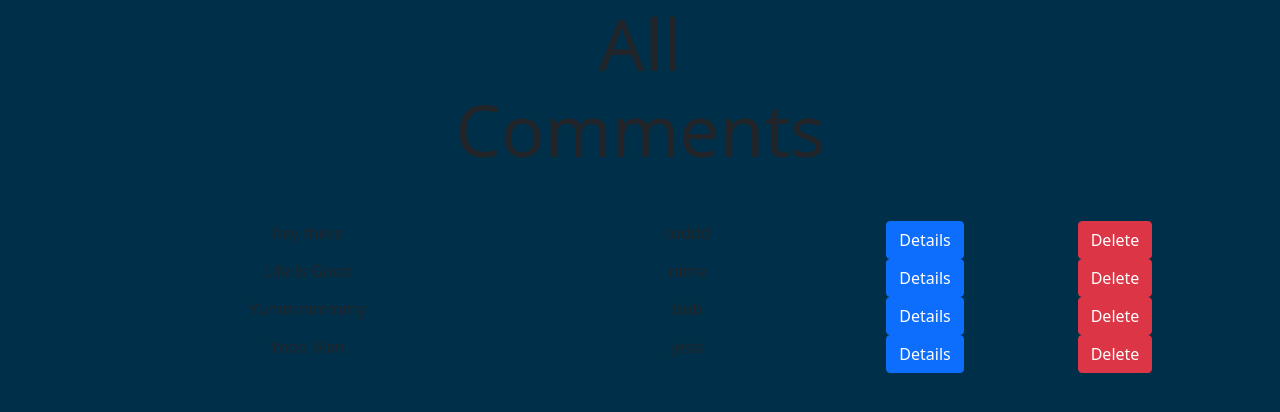
Repository: uditjain100/JavaScript-for-Web
Page: http://localhost/comments
The author's editor kept a copy of each file at every save. The page is drawn from the files as they stood at one save, then again after the next save.
The browser window is 1280 px wide. The pictures show the whole page.
The page is served by the project's Node server (17.REST/index.js).

Above is the page before, as saved 2021-01-29 17:31:55.

After the next save:
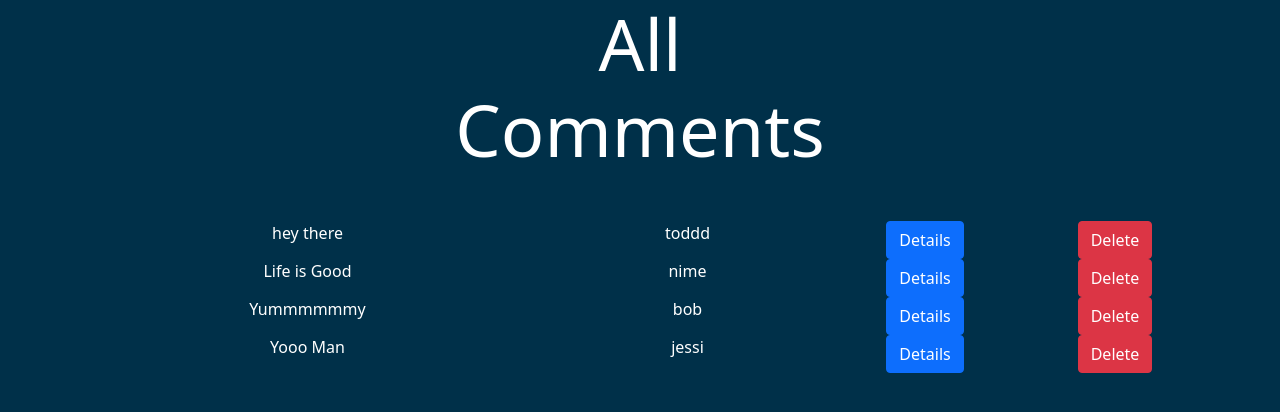
Saved 16 s later.
--- a/17.REST/views/home.ejs
+++ b/17.REST/views/home.ejs
@@ -11,7 +11,7 @@
       crossorigin="anonymous"
     />
   </head>
-  <body style="background-color: #003049">
+  <body style="background-color: #003049; color: white">
     <div class="container">
       <h2 class="display-2 d-grid col-5 mx-auto" style="text-align: center">
         All Comments
